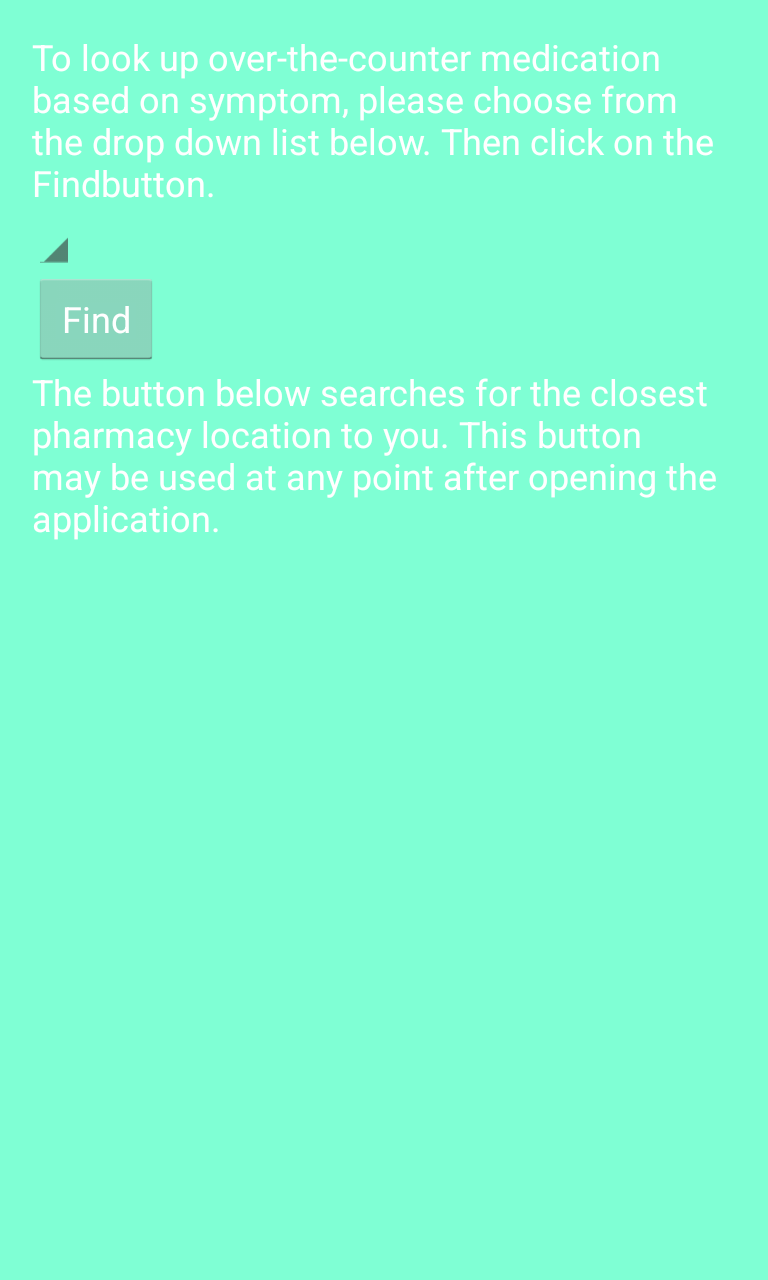
Repository: rosingrr/SympMeds
Layout: app/SympMeds/res/layout/activity_symptom_list.xml
The author's editor kept a copy of each file at every save. The layout is drawn from the files as they stood at one save, then again after the next save.
It is drawn on a 768 x 1280 px phone screen (xhdpi) without system bars, with theme AppTheme; the app's code is not run.

Above is the layout before, as saved 2013-08-02 13:38:40.

After the next save:
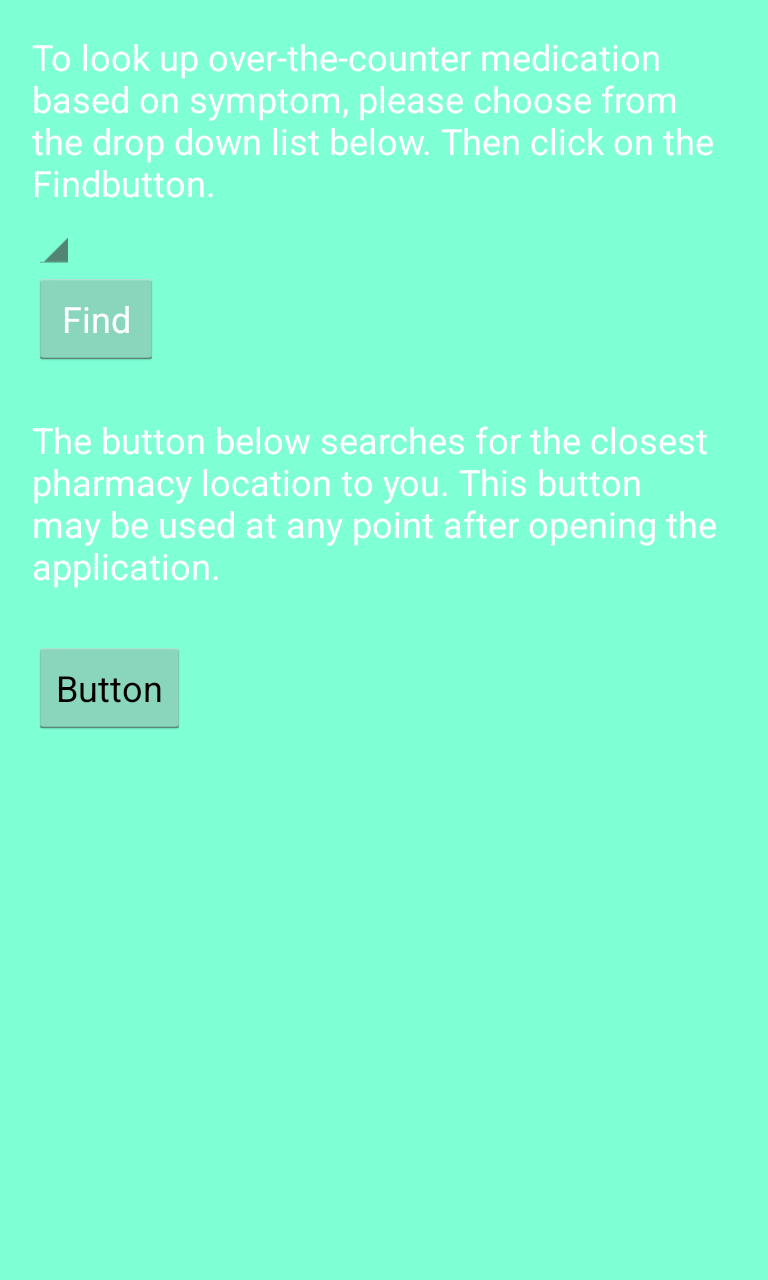
Saved 2 min 19 s later.
--- a/app/SympMeds/res/layout/activity_symptom_list.xml
+++ b/app/SympMeds/res/layout/activity_symptom_list.xml
@@ -41,8 +41,18 @@
         android:layout_height="wrap_content"
         android:layout_alignLeft="@+id/search_button"
         android:layout_below="@+id/search_button"
+        android:layout_marginTop="24dp"
         android:text="@string/symptom_instructions1"
         android:textColor="@color/white"
         android:textSize="18" />
 
+    <Button
+        android:id="@+id/button1"
+        android:layout_width="wrap_content"
+        android:layout_height="wrap_content"
+        android:layout_alignLeft="@+id/TextView01"
+        android:layout_below="@+id/TextView01"
+        android:layout_marginTop="25dp"
+        android:text="Button" />
+
 </RelativeLayout>
--- a/app/SympMeds/res/values/strings.xml
+++ b/app/SympMeds/res/values/strings.xml
@@ -12,6 +12,7 @@
     <string name="search">Find</string>
     <string name="symptoms">Symptoms</string>
     <string name="symptom_instructions1">The button below searches for the closest pharmacy location to you. This button may be used at any point after opening the application.</string>
+    <string name="Button">Nearest Pharmacy</string>
 
     <string name="title_activity_drug_list">DrugList</string>
     <string name="symptom_name">name of symptom</string>
